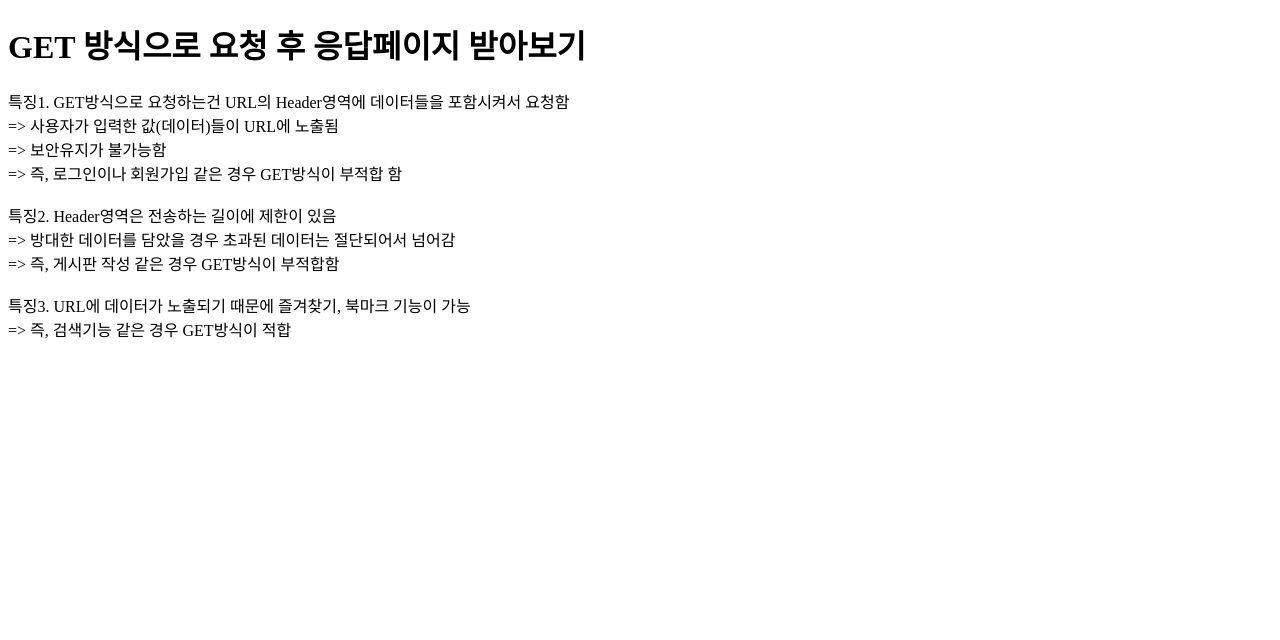
Repository: yejin0220/Web-workspace1
Page: 1_Servlet/WebContent/views/requestTest_GET.html
These files come from the project's save history. The page is drawn as it stood at one moment and after the next save; the edit follows.
The browser window is 1280 px wide. The pictures show the whole page.

Above is the page before, as saved 2023-02-07 06:12:59.

After the next save:
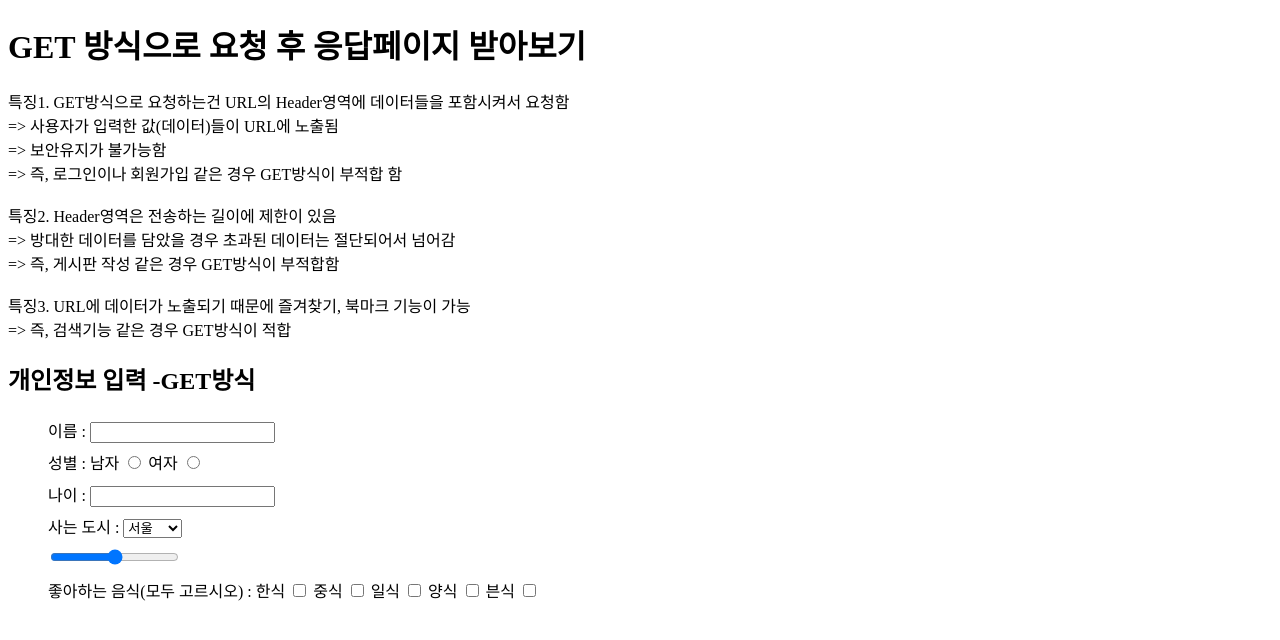
Saved 18 h 17 min later.
--- a/1_Servlet/WebContent/views/requestTest_GET.html
+++ b/1_Servlet/WebContent/views/requestTest_GET.html
@@ -33,6 +33,48 @@
 
 	</p>
 
+	<h2>개인정보 입력 -GET방식</h2>
+
+	<form action="/servlet/test.do" method="get">  <!-- 절대경로 방식(맨앞에 /가 붙냐 안붙냐 차이)-> -->
+
+		<ul>
+			<li>
+				<!-- input 태그 사용시 key값(name속성값)은 반드시 넘겨야 한다.(서버에서 필요한 속성) -->
+				이름 : <input type="text" name="name">
+			</li>
+			<li>
+				성별 :
+				남자 <input type="radio" name="gender" value="M">
+				여자 <input type="radio" name="gender" value="F">
+				<!-- radio 버튼 사용시 같은 묶음으로 묶어줄 경우, name속성값(key값)을 동일하게 작성해야함 -->
+			</li>
+			<li>
+				나이 : <input type="number" name="age">
+			</li>
+			<li>
+				사는 도시 :
+				<select name="city">
+					<option>서울</option>
+					<option>경기도</option>
+					<option>부산</option>
+				</select>
+			</li>
+			<li>
+				<input type="range" name="height" min="140" max="250">
+			</li>
+			<li>
+				좋아하는 음식(모두 고르시오) :
+				한식 <input type="checkbox" name="food" vlaus="한식">
+				중식 <input type="checkbox" name="food" vlaus="중식">
+				일식 <input type="checkbox" name="food" vlaus="일식">
+				양식 <input type="checkbox" name="food" vlaus="양식">
+				븐식 <input type="checkbox" name="food" vlaus="분식">
+			</li>
+		</ul>
+
+	</form>
+
+
 
 
 </body>
